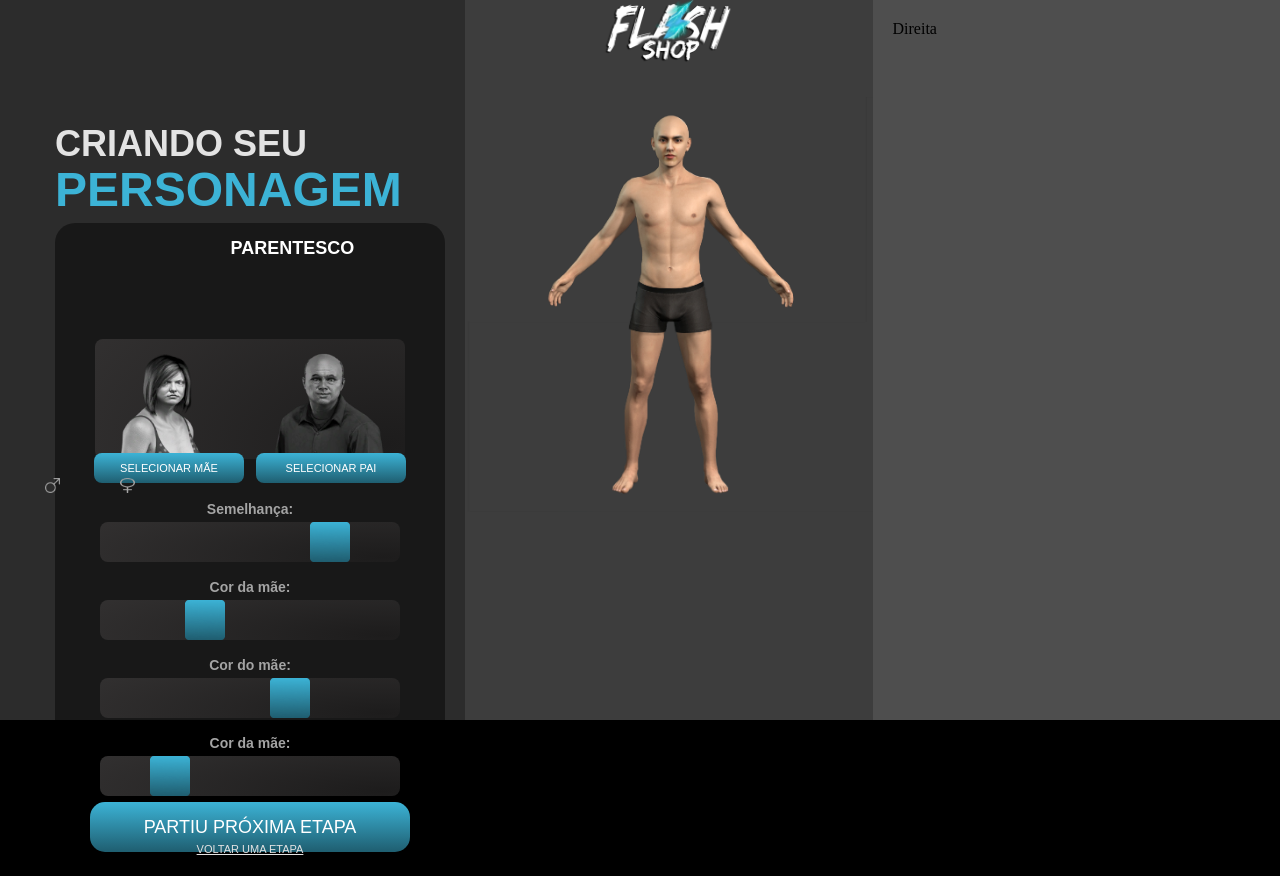
Repository: DuMCorrea/CriandoPerso
Page: index.html
The author's editor kept a copy of each file at every save. The page is drawn from the files as they stood at one save, then again after the next save.
The browser window is 1280 px wide. The pictures show the whole page.

Above is the page before, as saved 2024-08-29 16:19:59.

### index.html
<!DOCTYPE html>
<html lang="en">
<head>
    <meta charset="UTF-8">
    <meta name="viewport" content="width=device-width, initial-scale=1.0">
    <title>Dividindo a Tela com Imagens</title>
    <link rel="stylesheet" href="styles.css">
</head>
<body>
    <div class="container">
        <div class="left">
            <h1 class="title">
                <span class="part1">CRIANDO SEU</span>
                <span class="part2">PERSONAGEM</span>
            </h1>
            <div class="vertical-rectangle">
                <h2 class="relationship-title">PARENTESCO</h2>
                <div class="image-rectangle">
                    <img src="assets/mulher.png" alt="Imagem 1" class="rectangle-image">
                    <img src="assets/homem.png" alt="Imagem 2" class="rectangle-image">
                </div>
                <div class="button-group">
                    <button class="top-button">SELECIONAR MÃE</button>
                    <button class="top-button">SELECIONAR PAI</button>
                </div>
                <div class="rectangles-group">
                    <div class="image-container">
                        <img src="assets/Fem.png" alt="Imagem 1" class="small-image left-image">
                        <img src="assets/Masc.png" alt="Imagem 2" class="small-image right-image">
                    </div>
                    <div class="rectangle-title">Semelhança:</div>
                    <div class="gradient-rectangle">
                        <img src="assets/quadradoAzul.png" alt="Imagem 1" class="small-image1">
                    </div>

                    <div class="rectangle-title">Cor da mãe:</div>
                    <div class="gradient-rectangle">
                        <img src="assets/quadradoAzul.png" alt="Imagem 2" class="small-image2">
                    </div>

                    <div class="rectangle-title">Cor do mãe:</div>
                    <div class="gradient-rectangle">
                        <img src="assets/quadradoAzul.png" alt="Imagem 3" class="small-image3">
                    </div>

                    <div class="rectangle-title">Cor da mãe:</div>
                    <div class="gradient-rectangle">
                        <img src="assets/quadradoAzul.png" alt="Imagem 4" class="small-image4">
                    </div>
                </div>
                <button class="rectangle-button">PARTIU PRÓXIMA ETAPA</button>
                <button class="back-button">VOLTAR UMA ETAPA</button>
            </div>
        </div>
        <div class="center">
            <img src="assets/FlashStore 1 (1).png" alt="Imagem 1" class="top-image">
            <img src="assets/boneco 2.png" alt="Imagem 2" class="center-image">
        </div>
        <div class="right">Direita</div>
    </div>
</body>

</html>

### styles.css
body, html {
    margin: 0;
    padding: 0;
    height: 100%;
    display: flex;
    justify-content: center;
    align-items: center;
    background-color: #000; /* Fundo escuro */
}

.container {
    display: flex;
    width: 100%;
    height: 100%;
}

.container > div {
    flex: 1; /* Cada div ocupa 1/3 do espaço disponível */
    height: 100%;
    padding: 20px;
    box-sizing: border-box;
}



/* PARTE ESQUERDA */



.left {
    background-color: #2c2c2c;
    display: flex;
    flex-direction: column;
    justify-content: flex-start;
    align-items: flex-start;

}

.title {
    margin: 100px 0 0 0; /* Adiciona margem superior para mover o título para baixo */
    padding: 0;
}

.part1 {
    font-family: 'Baloo Bhai', sans-serif;
    font-size: 36px;
    font-weight: 700; /* Aumenta o peso da fonte para deixá-la mais grossa */
    line-height: 48px;
    text-align: left;
    color: #E3E3E3;
    display: block;
    margin-bottom: -10px; /* Reduz a distância entre as duas partes do título */
    margin-left: 35px;
}

.part2 {
    font-family: 'Baloo Bhai', sans-serif;
    font-size: 48px;
    font-weight: 700; /* Aumenta o peso da fonte para deixá-la mais grossa */
    line-height: 64px;
    text-align: left;
    color: #3CB3D6;
    display: block;
    margin-left: 35px;
}

.vertical-rectangle {
    width: 390px; /* Largura do retângulo */
    height: 660px; /* Altura do retângulo */
    background: #00000075; /* Cor de fundo com opacidade */
    border-radius: 20px; /* Bordas arredondadas */
    margin-left: 35px; /* Alinhamento com o título */
    margin-top: 1px; /* Espaço entre o título e o retângulo */
    display: flex;
    flex-direction: column;
    justify-content: space-between; /* Distribui o espaço */
    align-items: center; /* Centraliza os conteúdos */
}


.rectangle-button {
    width: 320px; /* Largura do botão */
    height: 50px; /* Altura do botão */
    background: linear-gradient(180deg, #3CB3D6 0%, #1F5E70 100%); /* Gradiente de cor */
    border-radius: 15px; /* Bordas arredondadas */
    border: none; /* Remove borda padrão do botão */
    color: white; /* Cor do texto */
    font-family: 'Baloo Bhai', sans-serif;
    font-size: 18px; /* Tamanho do texto */
    display: flex;
    justify-content: center; /* Centraliza horizontalmente */
    align-items: center; /* Centraliza verticalmente */
    margin-bottom: -15px; /* Ajusta o espaçamento superior */
    cursor: pointer;
}

.back-button {
    background: none; /* Remove o fundo */
    border: none; /* Remove a borda */
    color: #E3E3E3; /* Cor do texto */
    font-family: 'Baloo Bhai', sans-serif;
    font-size: 11px; /* Tamanho do texto */
    margin-bottom: 20px; /* Espaçamento superior ajustado */
    text-decoration: underline; /* Adiciona sublinhado */
    cursor: pointer; /* Muda o cursor ao passar por cima */
}


.button-group {
    display: flex;
    justify-content: space-between; /* Espaça os botões igualmente */
    width: 0%; /* Largura igual à do retângulo */
    padding: 10px 20px; /* Adiciona espaçamento ao redor dos botões */
}

.top-button {
    width: 50px; /* Largura dos botões */
    height: 40px; /* Altura dos botões */
    background: linear-gradient(180deg, #3CB3D6 0%, #1F5E70 100%); /* Gradiente de cor */
    border-radius: 15px; /* Bordas arredondadas */
    border: none; /* Remove borda padrão do botão */
    color: white; /* Cor do texto */
    font-family: 'Baloo Bhai', sans-serif;
    font-size: 16px; /* Tamanho do texto */
    display: flex;
    justify-content: center; /* Centraliza horizontalmente */
    align-items: center; /* Centraliza verticalmente */
    cursor: pointer;
}




.gradient-rectangle {
    width: 300px; /* Largura igual ao botão */
    height: 40px; /* Altura padrão para cada retângulo, ajuste conforme necessário */
    background: radial-gradient(547.21% 823.76% at 94.51% 88.04%, #1D1C1C 0%, #837E7E 100%);
    border-radius: 8px; /* Bordas arredondadas, igual ao botão */
    margin-bottom: 1px; /* Diminui a distância entre os retângulos */
    margin-top: 38px;
    margin-left: 0px;
}

.rectangle-title {
    width: 300px; /* Largura igual ao botão e retângulos */
    height: 30px; /* Altura do título */
    border-radius: 8px; /* Bordas arredondadas */
    display: flex;
    align-items: center; /* Centraliza verticalmente o texto */
    justify-content: center; /* Centraliza horizontalmente o texto */
    color: #A4A4A4; /* Cor do texto */
    font-weight: 700;
    font-family: 'Baloo Bhai', sans-serif;
    font-size: 14px; /* Tamanho do texto */
    margin-bottom: -40px; /* Espaçamento entre o título e o retângulo */
    margin-top: 10px;

}

.image-container {
    width: 50%;
    display: flex;
    justify-content: space-between; /* Coloca uma imagem em cada lado */
    position: absolute; /* As imagens ficam fora do fluxo normal */
    top: 33px; /* Ajusta a posição acima do retângulo */
    padding: 0 10px; /* Espaçamento lateral entre as bordas */
}

.small-image {
    width: 15px; /* Define o tamanho da imagem */
    height: 15px;
}

.left-image {
    position: relative;
    left: 10px;
    top: 445px;
}

.right-image {
    position: relative;
    right: 690px;
    top: 445px
}

.small-image1 {
    width: 40px;
    height: 40px;
    left: 210px;
    position: relative;
}
.small-image2 {
    width: 40px;
    height: 40px;
    left: 85px;
    position: relative;
}
.small-image3 {
    width: 40px;
    height: 40px;
    left: 170px;
    position: relative;
}
.small-image4 {
    width: 40px;
    height: 40px;
    left: 50px;
    position: relative;
}

.button-group {
    display: flex;
    justify-content: space-between; /* Espaça os botões igualmente */
    width: 80%; /* Largura do grupo de botões */
    height: 1%;
    top: 40px;
    position: relative;
}

.top-button {
    width: 150px; /* Largura dos botões */
    height: 30px; /* Altura dos botões */
    background: linear-gradient(180deg, #3CB3D6 0%, #1F5E70 100%); /* Gradiente de cor */
    border-radius: 8px; /* Bordas arredondadas */
    border: none; /* Remove borda padrão do botão */
    color: white; /* Cor do texto */
    font-family: 'Baloo Bhai', sans-serif;
    font-size: 11px; /* Tamanho do texto */
    cursor: pointer;
}

.rectangles-group {
    margin-top: 50px; /* Ajusta o espaçamento superior */
}

.image-rectangle {
    width: 290px; /* Largura do retângulo */
    height: 120px; /* Altura do retângulo */
    background: radial-gradient(547.21% 823.76% at 94.51% 88.04%, #1D1C1C 0%, #837E7E 100%); /* Gradiente de fundo */
    border-radius: 8px; /* Bordas arredondadas */
    display: flex;
    justify-content: space-between; /* Espaça as imagens igualmente */
    align-items: center; /* Centraliza verticalmente */
    padding: 0 10px; /* Espaçamento lateral interno */
    position: relative;
    top: 60px;
}

.rectangle-image {
    width: 110px; /* Largura das imagens */
    height: 110px; /* Altura das imagens */
    position: relative;
    right: 10px;
    top: 3px;
}

.relationship-title {
    width: 10%; /* Largura completa do contêiner pai */
    color: #FFFFFF; /* Cor do texto, ajuste se necessário */
    text-align: center; /* Centraliza o texto */
    font-family: 'Baloo Bhai', sans-serif;
    font-size: 18px; /* Tamanho do texto */
    font-weight: 700; /* Peso da fonte */
}

/* PARTE CENTRAL */



.center {
    background-color: #3d3d3d; /* Cor de fundo para a div central */
    display: flex;
    flex-direction: column;
    align-items: center;
    justify-content: space-between; /* Distribui o espaço entre as imagens */
}


.top-image {
    max-width: 40%;
    height: auto;
    margin-top: -60px;
}

.center-image {
    max-width: 200%;
    height: auto;
    margin-top: auto; /* Centraliza verticalmente */
    margin-bottom: 200px;
}


/* PARTE DIREITA */



.right {
    background-color: #4e4e4e; /* Cor de fundo para a div direita */
}

After the next save:
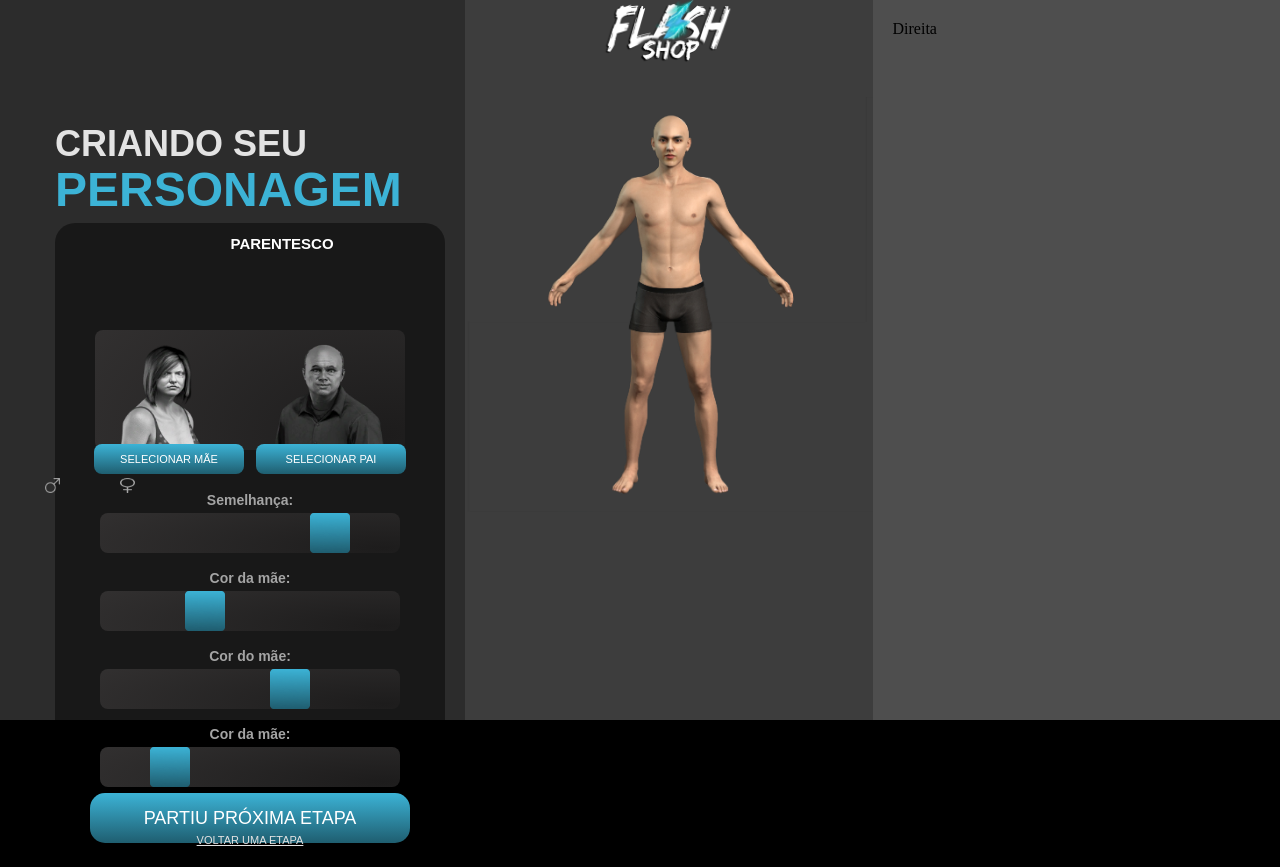
Saved 6 s later.
--- a/styles.css
+++ b/styles.css
@@ -259,7 +259,7 @@
     color: #FFFFFF; /* Cor do texto, ajuste se necessário */
     text-align: center; /* Centraliza o texto */
     font-family: 'Baloo Bhai', sans-serif;
-    font-size: 18px; /* Tamanho do texto */
+    font-size: 15px; /* Tamanho do texto */
     font-weight: 700; /* Peso da fonte */
 }
 
